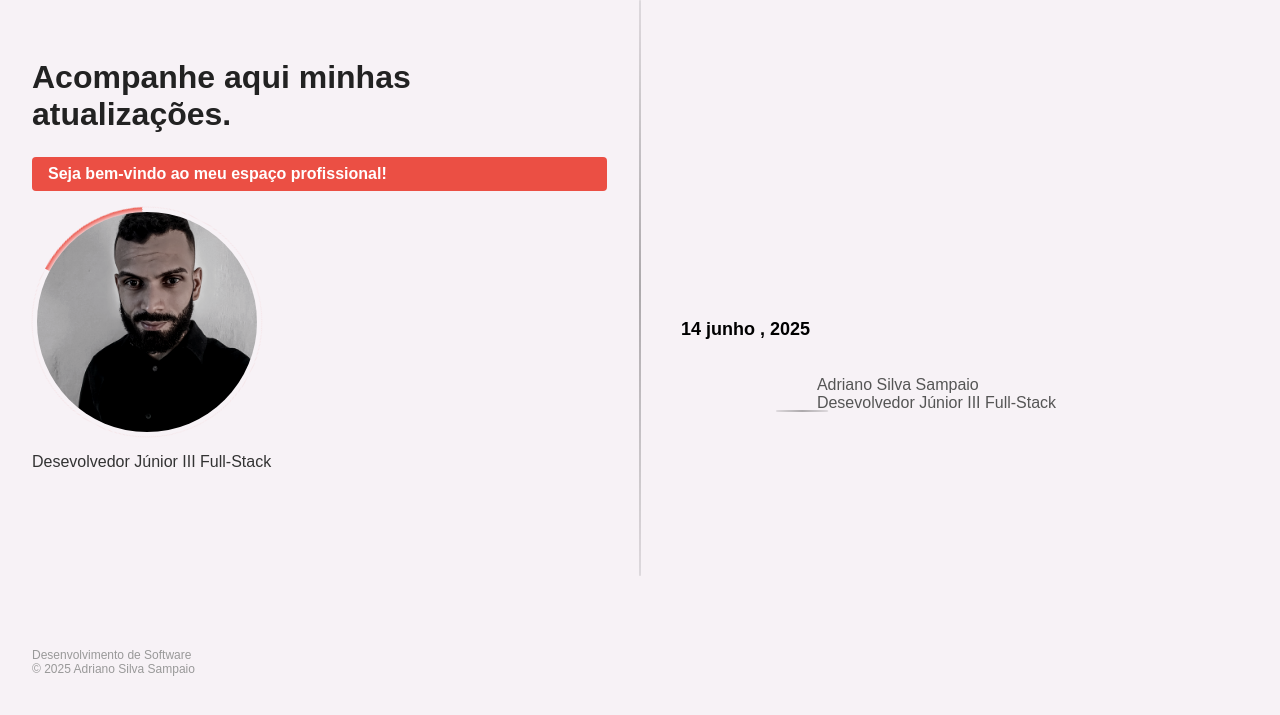
Repository: umdevadriano/portifolio2025
Page: /
These files come from the project's save history. The page is drawn as it stood at one moment and after the next save; the edit follows.
The browser window is 1280 px wide. The pictures show the whole page.
The project was rebuilt for these pictures with package versions that can differ from the ones it lists, and the page was loaded fresh each time. Also part of the build but not shown: vite.config.ts.

Above is the page before, as saved 2025-06-19 17:33:36.

After the next save:
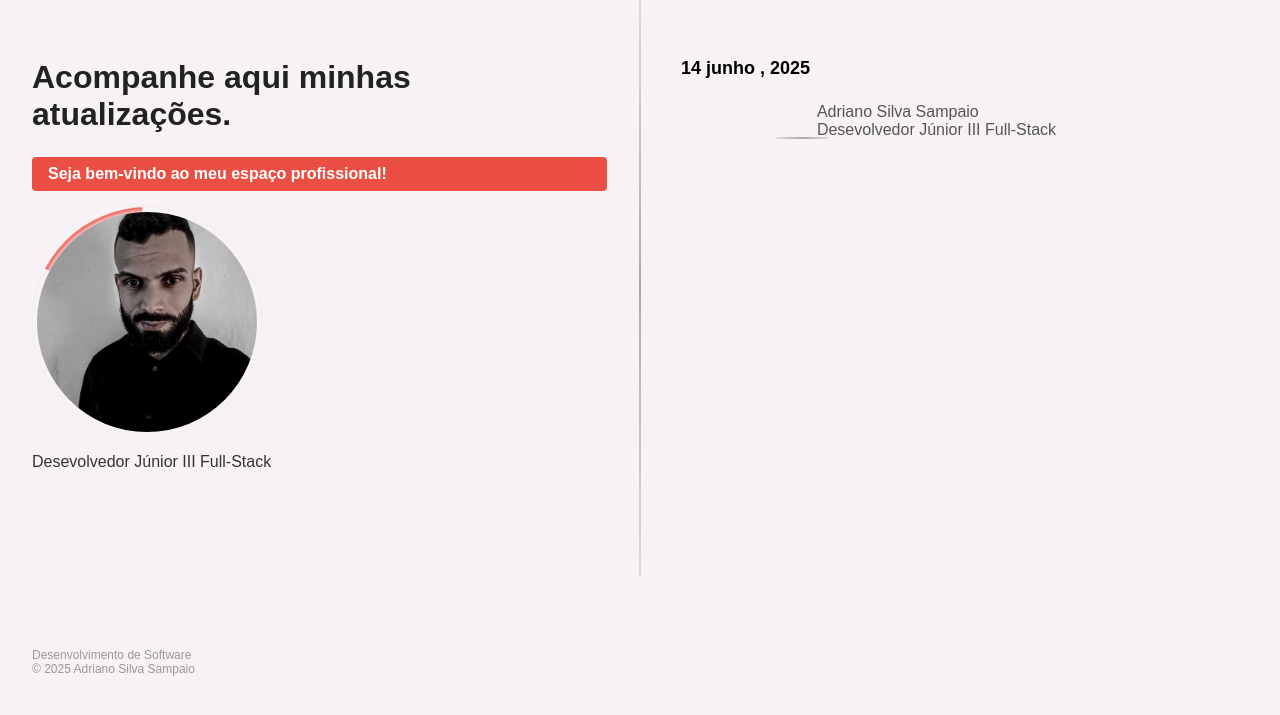
Saved 3 min 1 s later.
--- a/src/componentes/RightSide/RightSide.tsx
+++ b/src/componentes/RightSide/RightSide.tsx
@@ -7,9 +7,9 @@
     const RightSideDiv = styled.div`
         flex: 1;
         padding: 32px;
-        display: flex;
+        /* display: flex;
         flex-direction: column;
-        justify-content: center;
+        justify-content: center; */
     `;
 
     return (

After the save that followed:
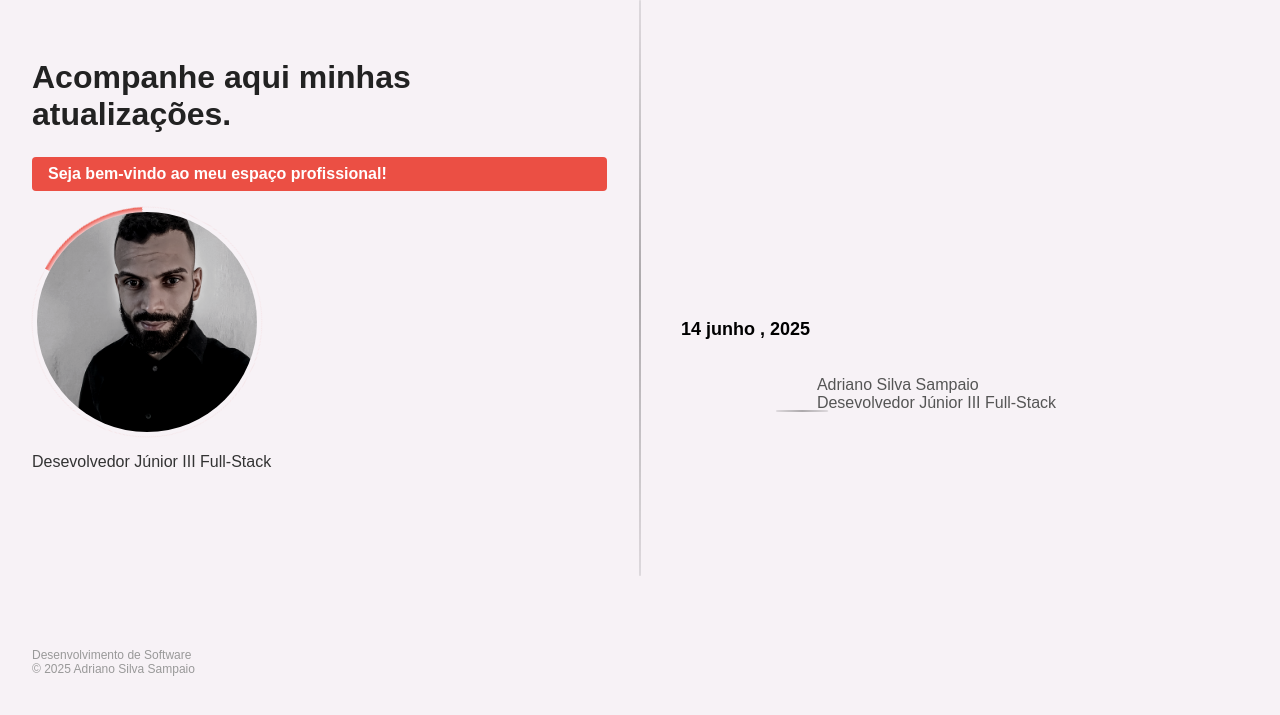
Saved 23 s later.
--- a/src/componentes/RightSide/RightSide.tsx
+++ b/src/componentes/RightSide/RightSide.tsx
@@ -7,9 +7,9 @@
     const RightSideDiv = styled.div`
         flex: 1;
         padding: 32px;
-        /* display: flex;
+        display: flex;
         flex-direction: column;
-        justify-content: center; */
+        justify-content: center;
     `;
 
     return (
